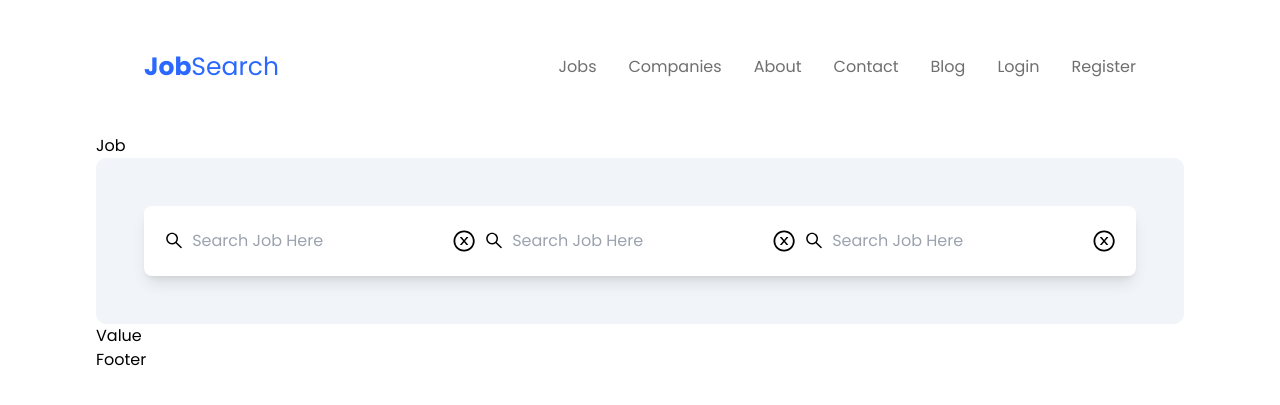
Repository: countaustin1990/Job-Search-website
Page: / (app in vite-project/)
The author's editor kept a copy of each file at every save. The page is drawn from the files as they stood at one save, then again after the next save.
The browser window is 1280 px wide. The pictures show the whole page.
The project was rebuilt for these pictures with package versions that can differ from the ones it lists, and the page was loaded fresh each time. Also part of the build but not shown: vite-project/vite.config.js.

Above is the page before, as saved 2023-08-12 17:21:54.

After the next save:
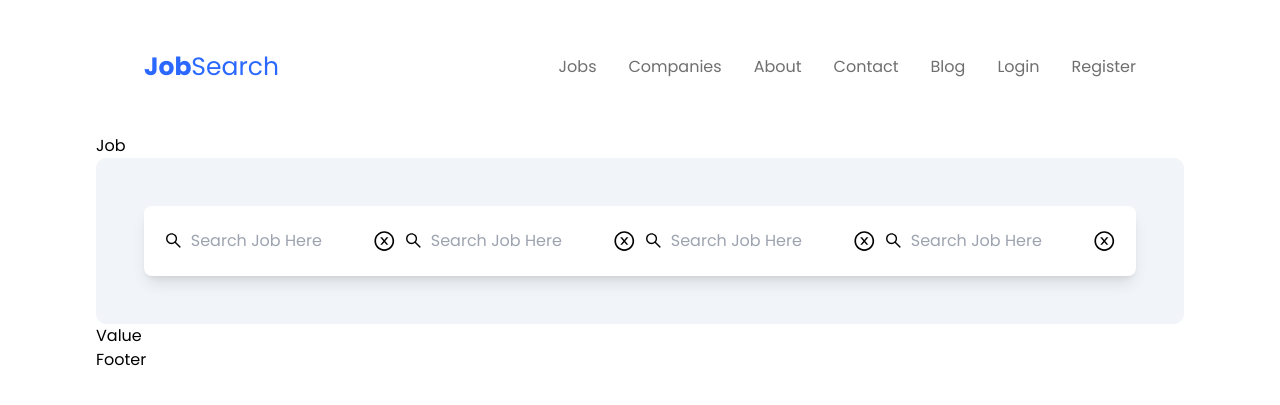
Saved 24 s later.
--- a/vite-project/src/components/Search.jsx
+++ b/vite-project/src/components/Search.jsx
@@ -23,6 +23,12 @@ const Search = () => {
                                 <input type="text" className='bg-transparent text-blue-500 focus:outline-none w-[100%]' placeholder='Search Job Here'/>
                                     <AiOutlineCloseCircle className='text-[30px] text-[#a5a6a6 hover:text-textColor icon'/>
                         </div>
+
+                        <div className="flex gap-2 items-center">
+                            <AiOutlineSearch className='text-[25px] icon'/>
+                                <input type="text" className='bg-transparent text-blue-500 focus:outline-none w-[100%]' placeholder='Search Job Here'/>
+                                    <AiOutlineCloseCircle className='text-[30px] text-[#a5a6a6 hover:text-textColor icon'/>
+                        </div>
                     </div>
                 </div>
             </form>
